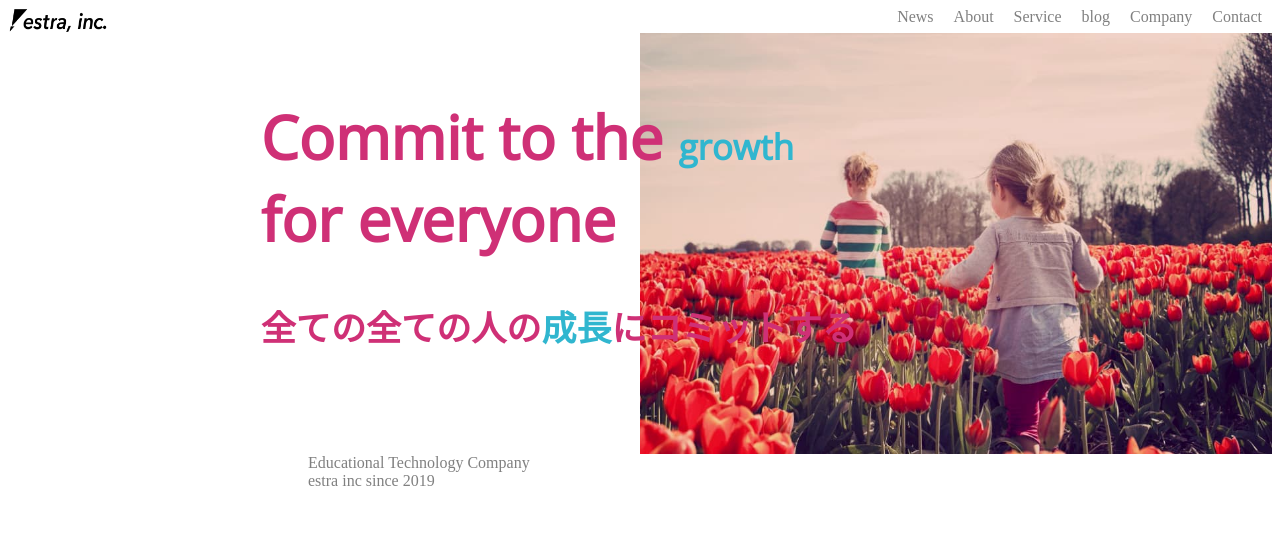
Repository: sigemasaasuka/20210902
Page: index.html
An editor plug-in stored every save of this project. The page is shown before and after the next save, followed by the edit.
The browser window is 1280 px wide. The pictures show the whole page.

Above is the page before, as saved 2021-09-08 15:36:24.

After the next save:
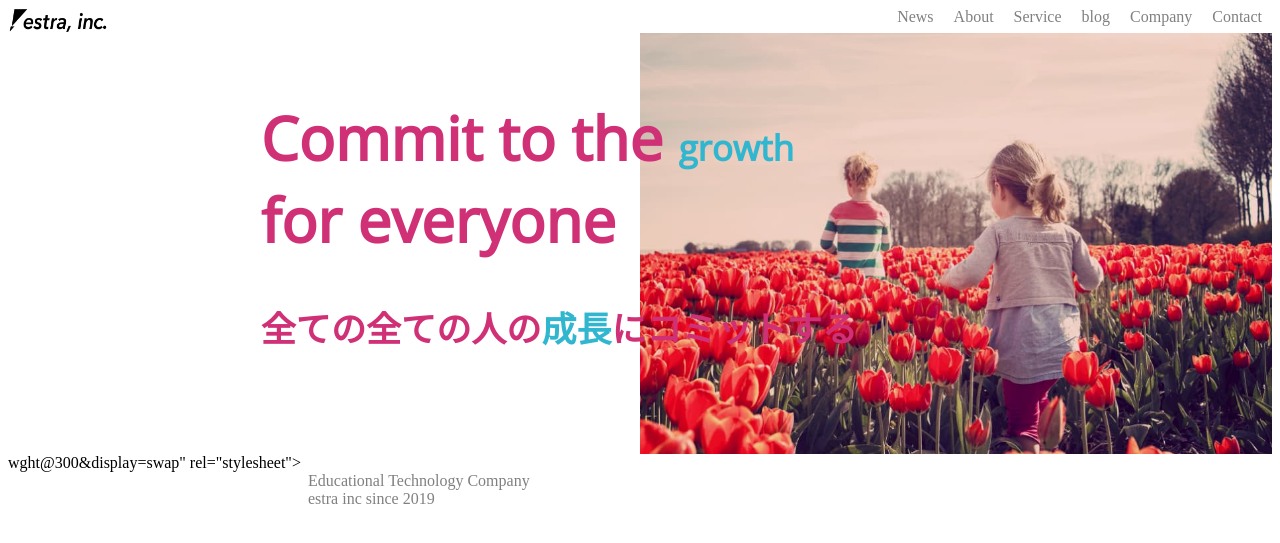
Saved 4 s later.
--- a/index.html
+++ b/index.html
@@ -25,8 +25,7 @@
     <img class="relative__img" src="img/img/firstview.jpg" alt="firstview">
     <link rel="preconnect" href="https://fonts.googleapis.com">
     <link rel="preconnect" href="https://fonts.gstatic.com" crossorigin>
-    <link
-      href="https://fonts.googleapis.com/css2?family=Indie+Flower&family=Noto+Sans+JP:wght@300&family=Open+Sans:wght@300&display=swap"
+    wght@300&display=swap"
       rel="stylesheet">
     <div class="example">
       <link

After the save that followed:
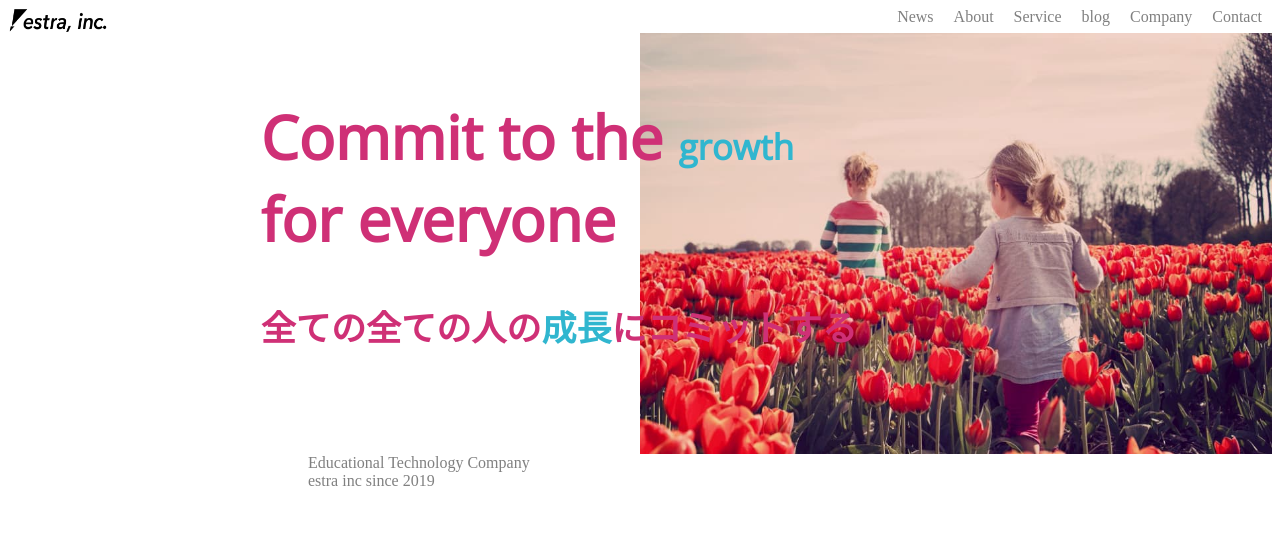
Saved 13 s later.
--- a/index.html
+++ b/index.html
@@ -25,8 +25,7 @@
     <img class="relative__img" src="img/img/firstview.jpg" alt="firstview">
     <link rel="preconnect" href="https://fonts.googleapis.com">
     <link rel="preconnect" href="https://fonts.gstatic.com" crossorigin>
-    wght@300&display=swap"
-      rel="stylesheet">
+
     <div class="example">
       <link
         href="https://fonts.googleapis.com/css2?family=Indie+Flower&family=Noto+Sans+JP:wght@300&family=Open+Sans:wght@300&display=swap"
